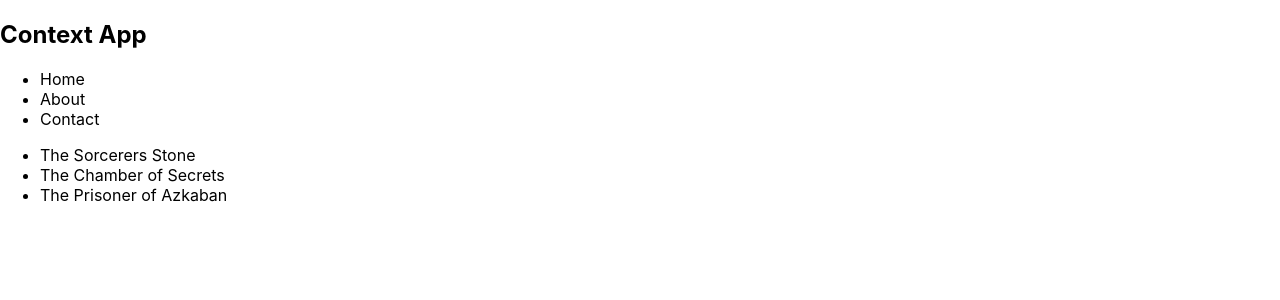
Repository: gboyega/Hook-Context-tut
Page: /
The author's editor kept a copy of each file at every save. The page is drawn from the files as they stood at one save, then again after a run of saves.
The browser window is 1280 px wide. The pictures show the whole page.
The project was rebuilt for these pictures with package versions that can differ from the ones it lists, and the page was loaded fresh each time.

Above is the page before, as saved 2020-01-18 14:40:29.

### src/index.css
body {
  margin: 0;
  font-family: -apple-system, BlinkMacSystemFont, 'Segoe UI', 'Roboto', 'Oxygen',
    'Ubuntu', 'Cantarell', 'Fira Sans', 'Droid Sans', 'Helvetica Neue',
    sans-serif;
  -webkit-font-smoothing: antialiased;
  -moz-osx-font-smoothing: grayscale;
}

.App

### src/App.js
import React from 'react';
import Navbar from './components/Navbar';
import BookList from './components/BookList';

function App() {
  return (
    <div className="App">
    <Navbar />
    <BookList />

    </div>
  );
}

export default App;

### src/components/Navbar.js
import React, { Component } from 'react';

class Navbar extends Component {
    render() {
        return (
          <nav>
            <h1>Context App</h1>
            <ul>
              <li>Home</li>
              <li>About</li>
              <li>Contact</li>
            </ul>
          </nav>
        );
    }
}

export default Navbar ;

### src/components/BookList.js
import React, { Component } from 'react'

class BookList extends Component {

    render() {
        return (
          <div className="book-list">
            <ul>
              <li>The Sorcerers Stone</li>
              <li>The Chamber of Secrets </li>
              <li>The Prisoner of Azkaban</li>
            </ul>
          </div>
        );
    }
}

export default BookList;

Loaded but not shown: public/index.html (common file); src/index.js (common file); src/serviceWorker.js (common file)

After the next 22 saves:
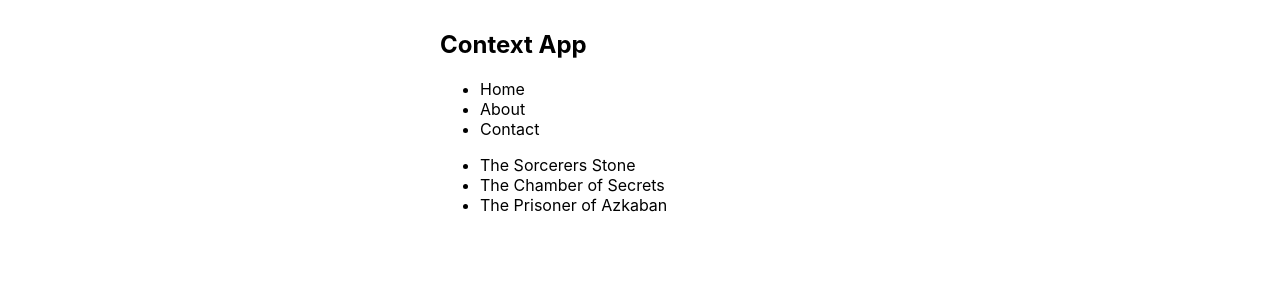
The 22 saves are shown as one change because they came seconds apart.
The last was saved 31 s later.
--- a/src/index.css
+++ b/src/index.css
@@ -7,4 +7,7 @@ body {
   -moz-osx-font-smoothing: grayscale;
 }
 
-.App
+.App {
+  max-width : 400px;
+  margin: 30px auto;
+}
